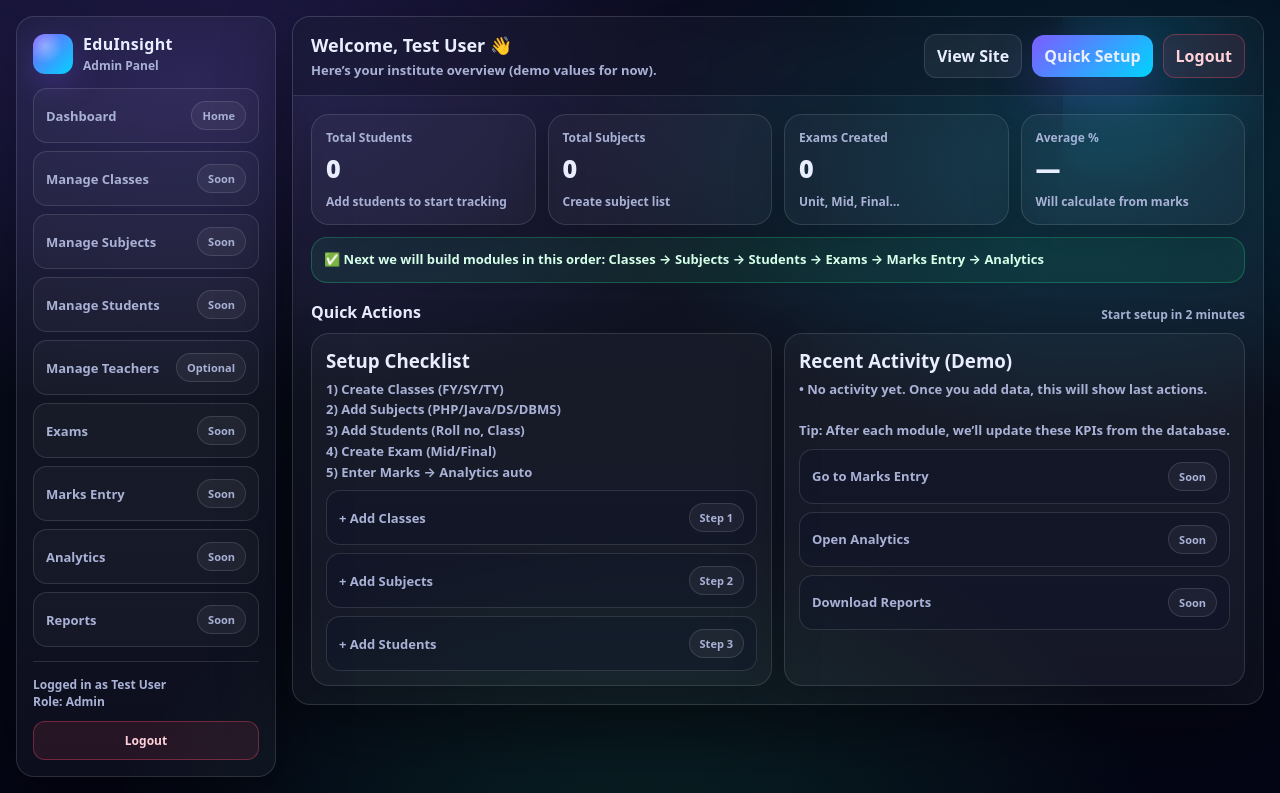
Repository: Kaifclash/EduInsight
Page: http://localhost/dashboard/admin_dashboard.php
The author's editor kept a copy of each file at every save. The page is drawn from the files as they stood at one save, then again after the next save.
The browser window is 1280 px wide. The pictures show the whole page.
The page is run by PHP 8.4 with error messages shown; the project is at /var/www/html/. The session is filled in as if someone had signed in: {"user_id": 1, "role": "admin", "full_name": "Test User"}.

Above is the page before, as saved 2026-02-10 19:34:45.

After the next save:
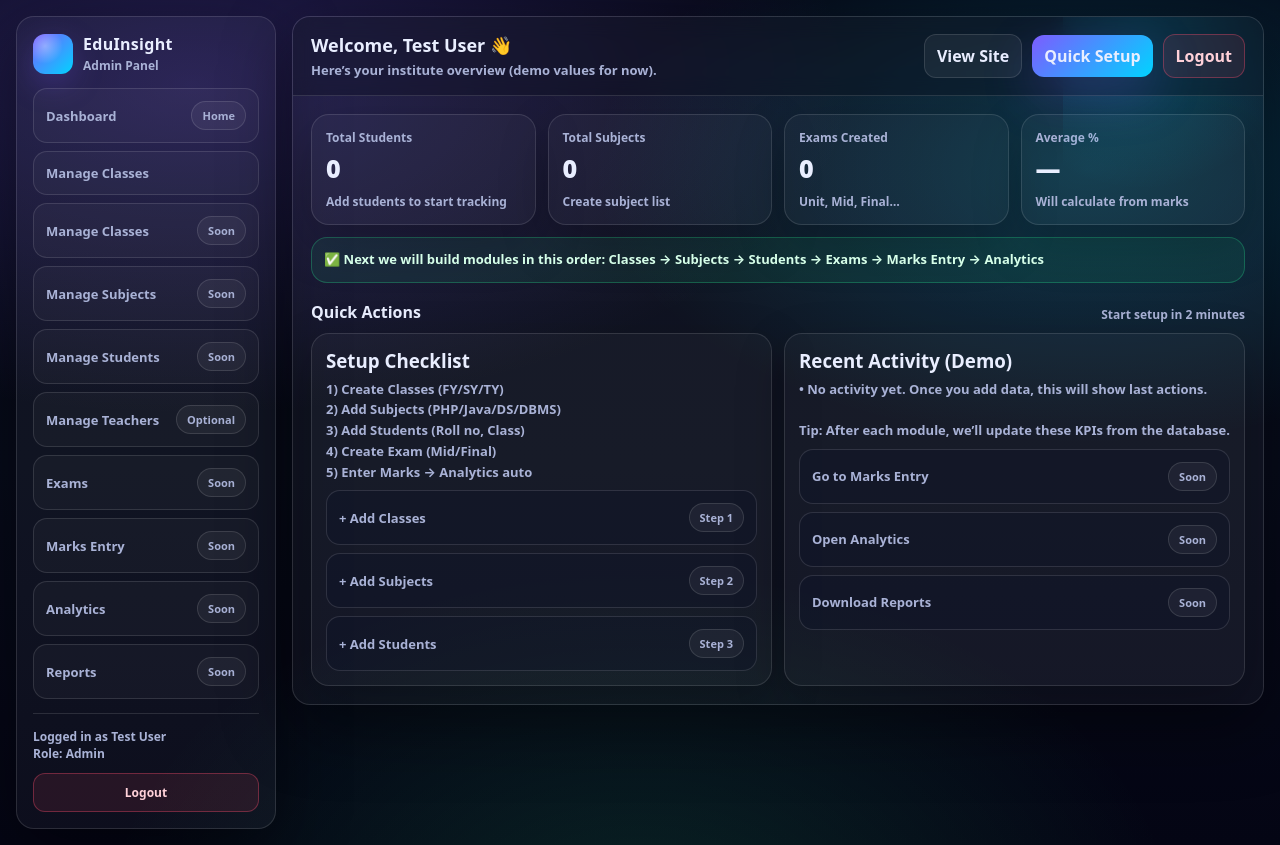
Saved 78 s later.
--- a/dashboard/admin_dashboard.php
+++ b/dashboard/admin_dashboard.php
@@ -316,7 +316,8 @@ $fullName = $_SESSION["full_name"] ?? "Admin";
 
       <div class="nav">
         <a href="admin_dashboard.php">Dashboard <span class="pill">Home</span></a>
-        <a href="#" onclick="return comingSoon('Classes');">Manage Classes <span class="pill">Soon</span></a>
+        <a href="classes.php">Manage Classes</a>
+<a href="#" onclick="return comingSoon('Classes');">Manage Classes <span class="pill">Soon</span></a>
         <a href="#" onclick="return comingSoon('Subjects');">Manage Subjects <span class="pill">Soon</span></a>
         <a href="#" onclick="return comingSoon('Students');">Manage Students <span class="pill">Soon</span></a>
         <a href="#" onclick="return comingSoon('Teachers');">Manage Teachers <span class="pill">Optional</span></a>
